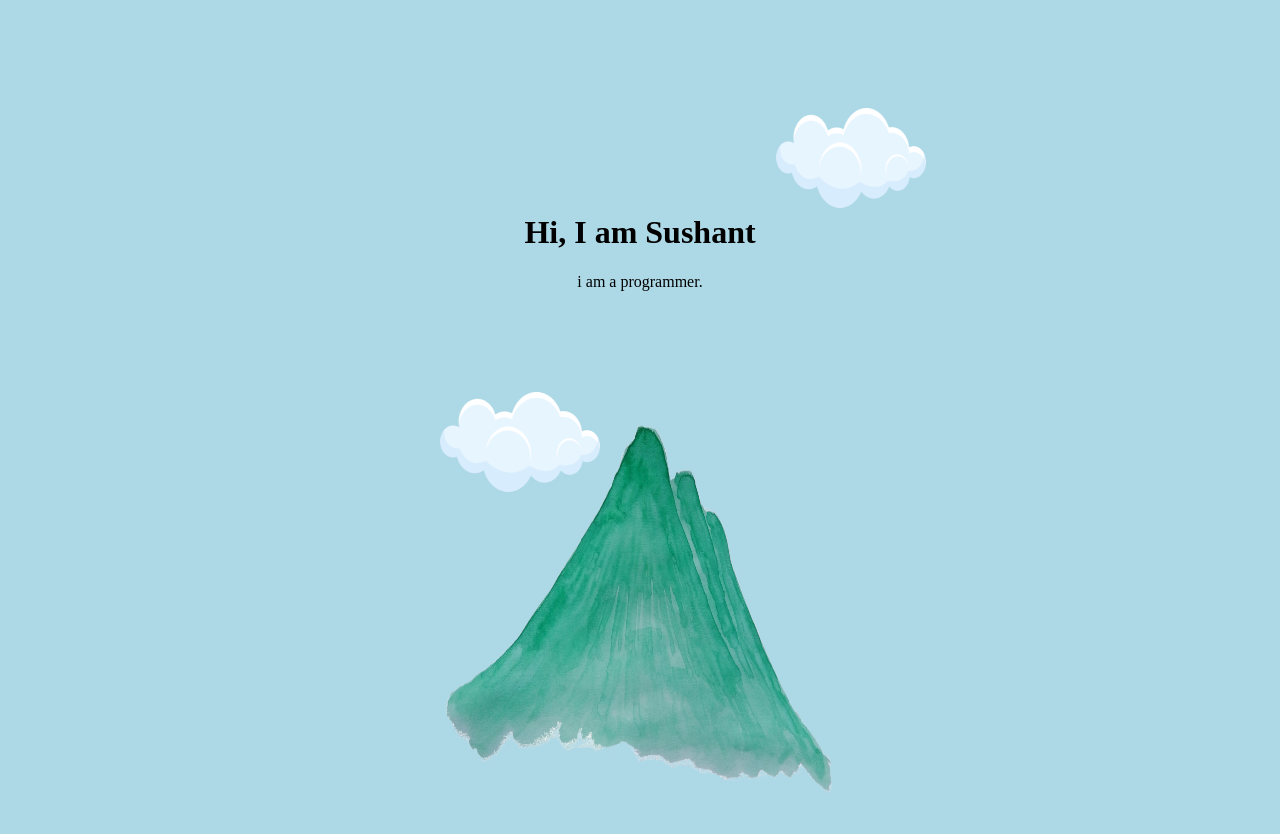
Repository: Sushant203/myPersonalSite
Page: index.html
An editor plug-in stored every save of this project. The page is shown before and after the next save, followed by the edit.
The browser window is 1280 px wide. The pictures show the whole page.

Above is the page before, as saved 2022-12-09 18:14:20.

After the next save:
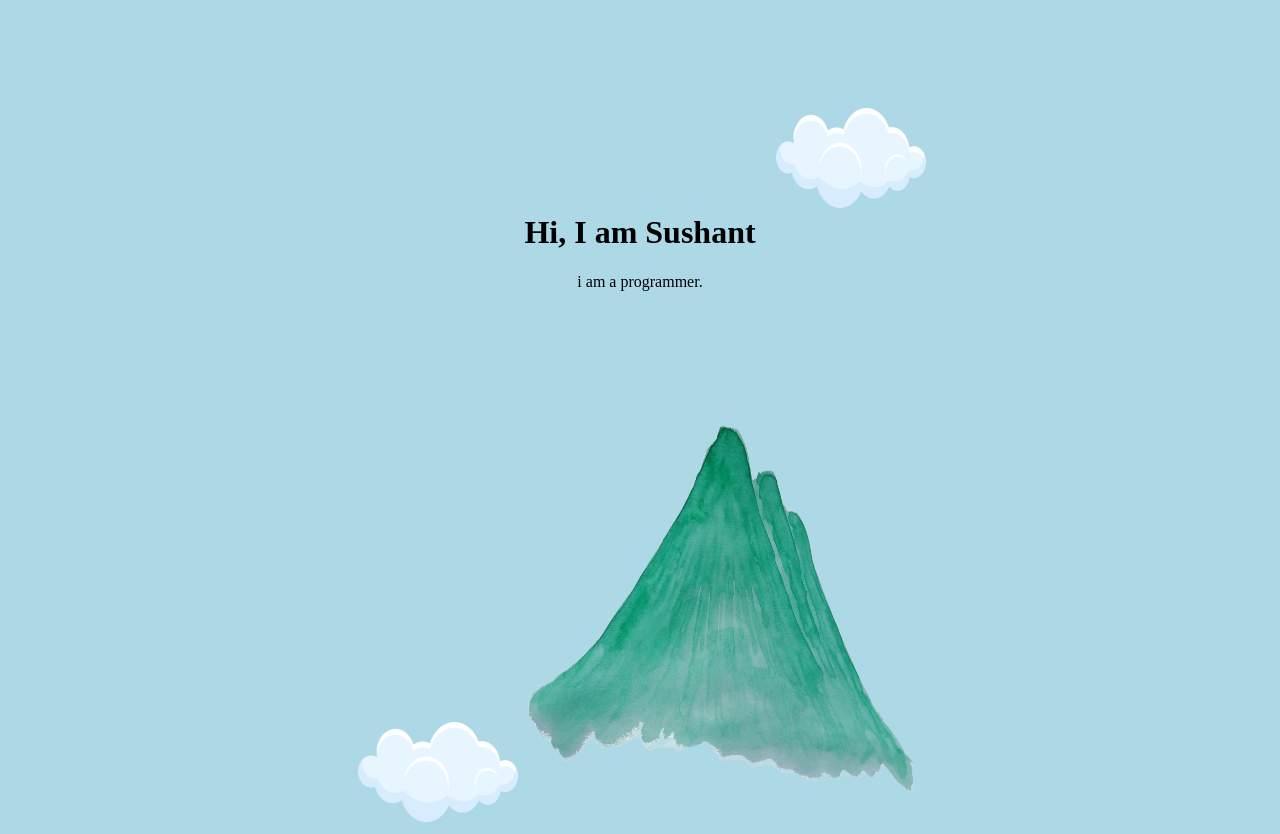
Saved 8 s later.
--- a/css/style.css
+++ b/css/style.css
@@ -26,7 +26,7 @@
 .bottom-cloud{
     height: 100px;
     width: 160px;
-    position: absolute;
+    /* position: absolute; */
 
     /* top: 30vh;
     left: 30vw; */

After the save that followed:
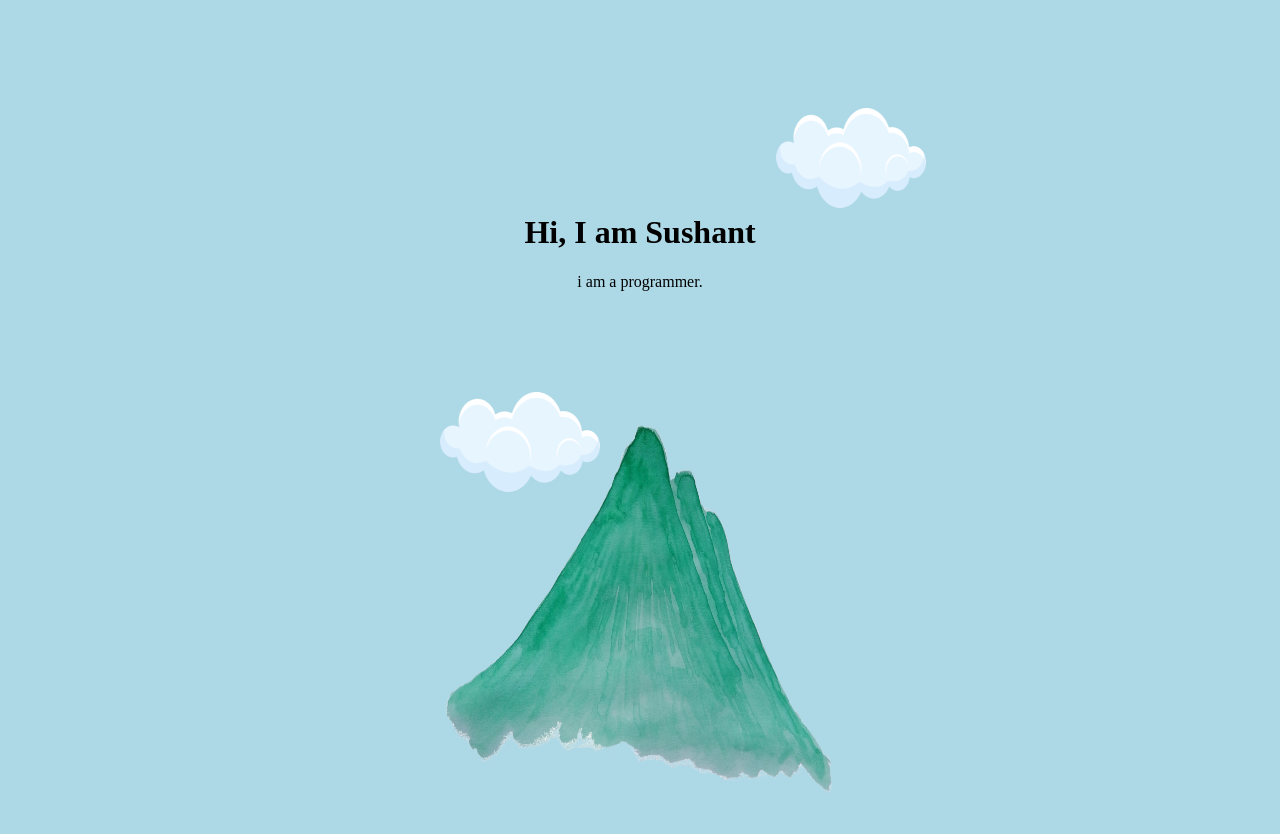
Saved 11 s later.
--- a/css/style.css
+++ b/css/style.css
@@ -26,7 +26,7 @@
 .bottom-cloud{
     height: 100px;
     width: 160px;
-    /* position: absolute; */
+    position: absolute;
 
     /* top: 30vh;
     left: 30vw; */
